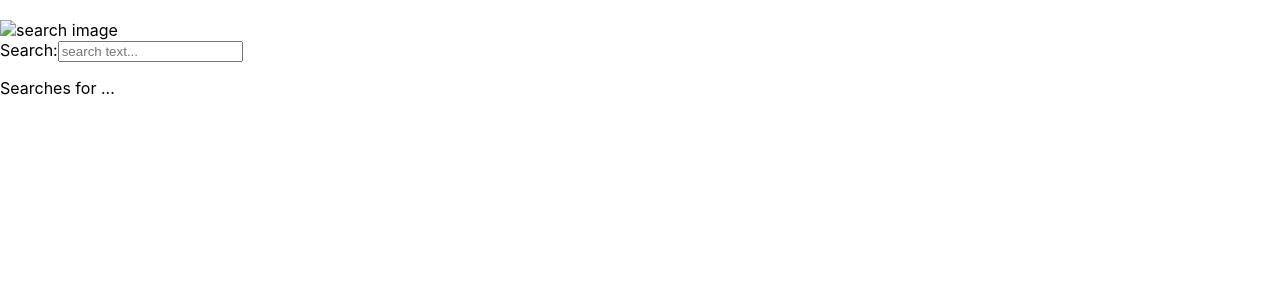
Repository: Paveldub/react-testing-library
Page: /
An editor plug-in stored every save of this project. The page is shown before and after the next save, followed by the edit.
The browser window is 1280 px wide. The pictures show the whole page.
The project was rebuilt for these pictures with package versions that can differ from the ones it lists, and the page was loaded fresh each time. Also part of the build but not shown: src/App.css.

Above is the page before, as saved 2021-10-14 17:56:33.

### src/App.js
import React, { useEffect, useState } from "react";
import "./App.css";

const getUser = () => Promise.resolve({id: 1, name: 'Pavel'})

const Search = ({ value, onChange, children }) => (
  <div>
    <label htmlFor="search">{children}</label>
    <input
      placeholder="search text..."
      id="search"
      type="text"
      value={value}
      onChange={onChange}
    />
  </div>
);

const App = () => {
  const [search, setSearch] = useState("");
  const [user, setUser] = useState('')

  useEffect(() => {
    const loadUser = async () => {
      const user = await getUser()
      setUser(user)
    }
    loadUser()
  }, [])

  const handleChange = ({ target }) => {
    setSearch(target.value);
  };

  return (
    <div>
      {user && <h2></h2>}
      <img src="" alt="search image" />
      <Search value={search} onChange={handleChange}>
        Search:
      </Search>
      <p>Searches for {search ? search : "..."}</p>
    </div>
  );
};

export default App;

Loaded but not shown: public/index.html (common file); src/index.js (common file); src/index.css (common file)

After the next save:
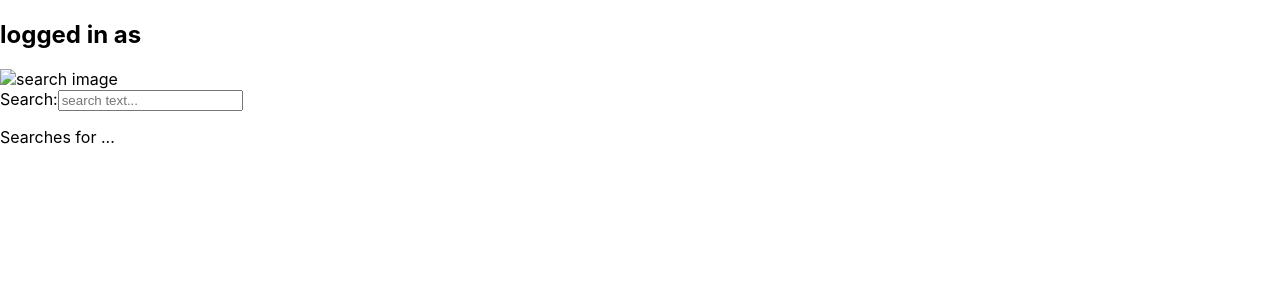
Saved 11 s later.
--- a/src/App.js
+++ b/src/App.js
@@ -34,7 +34,7 @@
 
   return (
     <div>
-      {user && <h2></h2>}
+      {user && <h2>logged in as {}</h2>}
       <img src="" alt="search image" />
       <Search value={search} onChange={handleChange}>
         Search:
